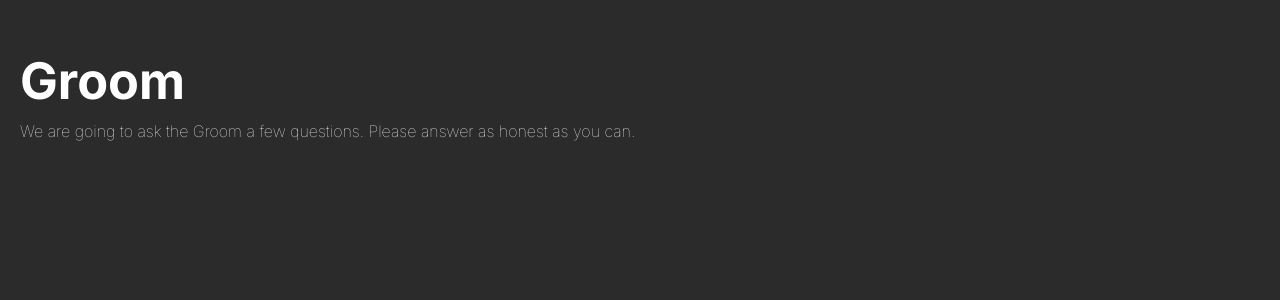
Repository: devhabeeblateef/tictactoe
Page: /
The author's editor kept a copy of each file at every save. The page is drawn from the files as they stood at one save, then again after the next save.
The browser window is 1280 px wide. The pictures show the whole page.
The project was rebuilt for these pictures with package versions that can differ from the ones it lists, and the page was loaded fresh each time. Also part of the build but not shown: src/App.css.

Above is the page before, as saved 2022-06-17 01:02:32.

After the next save:
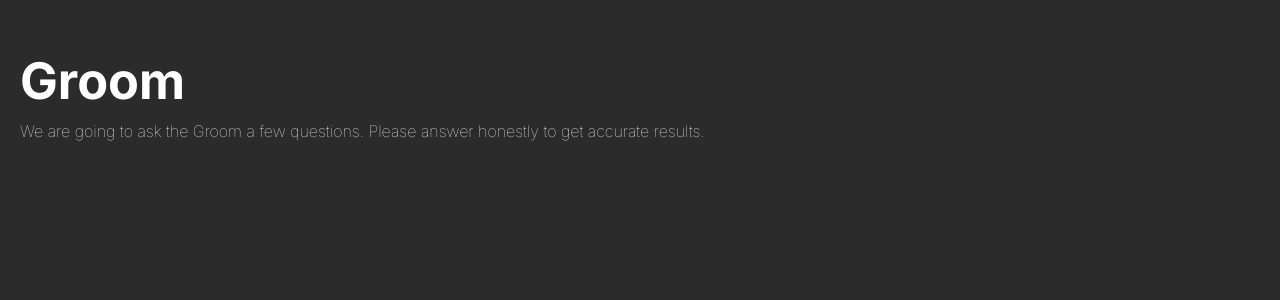
Saved 26 s later.
--- a/src/Form.js
+++ b/src/Form.js
@@ -9,7 +9,7 @@ function Form() {
         </h1>
         <p className={classes.home__info}>
         We are going to ask the Groom a few questions.
-        Please answer as honest as you can.
+        Please answer honestly to get accurate results.
         </p>
     </div>
   )
